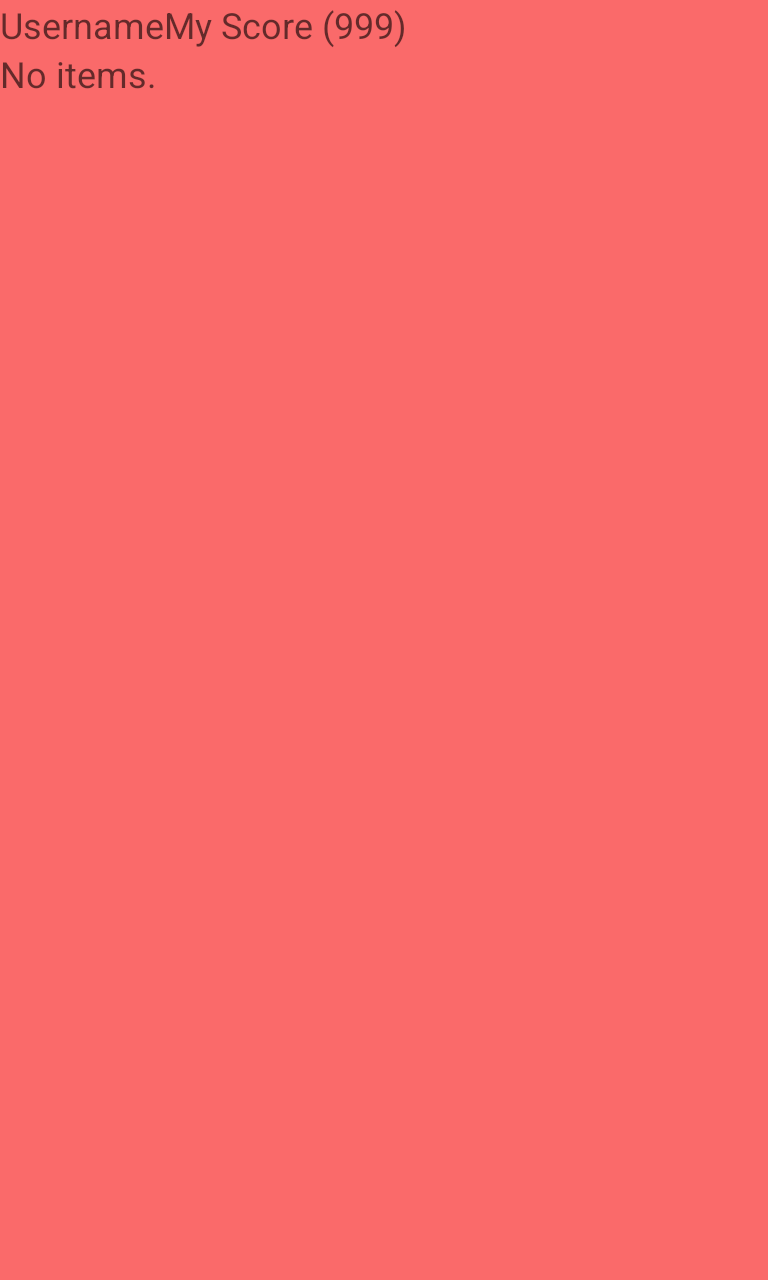
Repository: quantumlicht/android-capstone
Layout: capstone_client/res/layout/fragment_created_quiz.xml
The author's editor kept a copy of each file at every save. The layout is drawn from the files as they stood at one save, then again after the next save.
It is drawn on a 768 x 1280 px phone screen (xhdpi) without system bars, with theme AppTheme; the app's code is not run. Lists and similar views that code fills are empty. The app's manifest (not shown) leaves right-to-left support off. So textAlignment, textDirection and layoutDirection are ignored, and left and right values win over start and end ones.

Above is the layout before, as saved 2014-11-13 02:04:12.

### capstone_client/res/layout/fragment_created_quiz.xml
<?xml version="1.0" encoding="utf-8"?>
<LinearLayout xmlns:android="http://schemas.android.com/apk/res/android"
    android:layout_width="match_parent"
    android:layout_height="match_parent"
    android:background="#fa6a6a"
    android:orientation="vertical" >

    <LinearLayout
        android:layout_width="match_parent"
        android:layout_height="wrap_content" >

        <TextView
            android:id="@+id/username"
            android:layout_width="wrap_content"
            android:layout_height="wrap_content"
            android:text="Username"
            android:textAppearance="?android:attr/textAppearanceMedium" />

        <TextView
            android:id="@+id/textView2"
            android:layout_width="156dp"
            android:layout_height="wrap_content"
            android:gravity="fill_horizontal|right"
            android:text="My Score (999)"
            android:textAlignment="gravity"
            android:textAppearance="?android:attr/textAppearanceMedium" />

    </LinearLayout>

    <FrameLayout
        android:layout_width="match_parent"
        android:layout_height="0dip"
        android:layout_weight="1" >

        <!--
             Here is the list. Since we are using a ListActivity, we
             have to call it "@android:id/list" so ListActivity will
             find it
        -->

        <ListView
            android:id="@+id/android:list"
            android:layout_width="match_parent"
            android:layout_height="match_parent"
            android:drawSelectorOnTop="false" />

        <!-- Here is the view to show if the list is emtpy -->

        <TextView
            android:id="@android:id/empty"
            android:layout_width="match_parent"
            android:layout_height="match_parent"
            android:text="No items."
            android:textAppearance="?android:attr/textAppearanceMedium" />
    </FrameLayout>

</LinearLayout>

### capstone_client/res/values/styles.xml
<resources>

    <!--
        Base application theme, dependent on API level. This theme is replaced
        by AppBaseTheme from res/values-vXX/styles.xml on newer devices.
    -->
    <style name="AppBaseTheme" parent="Theme.AppCompat.Light">
        <!--
            Theme customizations available in newer API levels can go in
            res/values-vXX/styles.xml, while customizations related to
            backward-compatibility can go here.
        -->
    </style>

    <!-- Application theme. -->
    <style name="AppTheme" parent="AppBaseTheme">
        <!-- All customizations that are NOT specific to a particular API-level can go here. -->
    </style>

    <declare-styleable name="FragmentArguments">
    	<attr name="android:label" />
	</declare-styleable>

</resources>

Loaded but not shown: capstone_client/res/values-v11/styles.xml (common file); capstone_client/res/values-v14/styles.xml (common file)

After the next save:
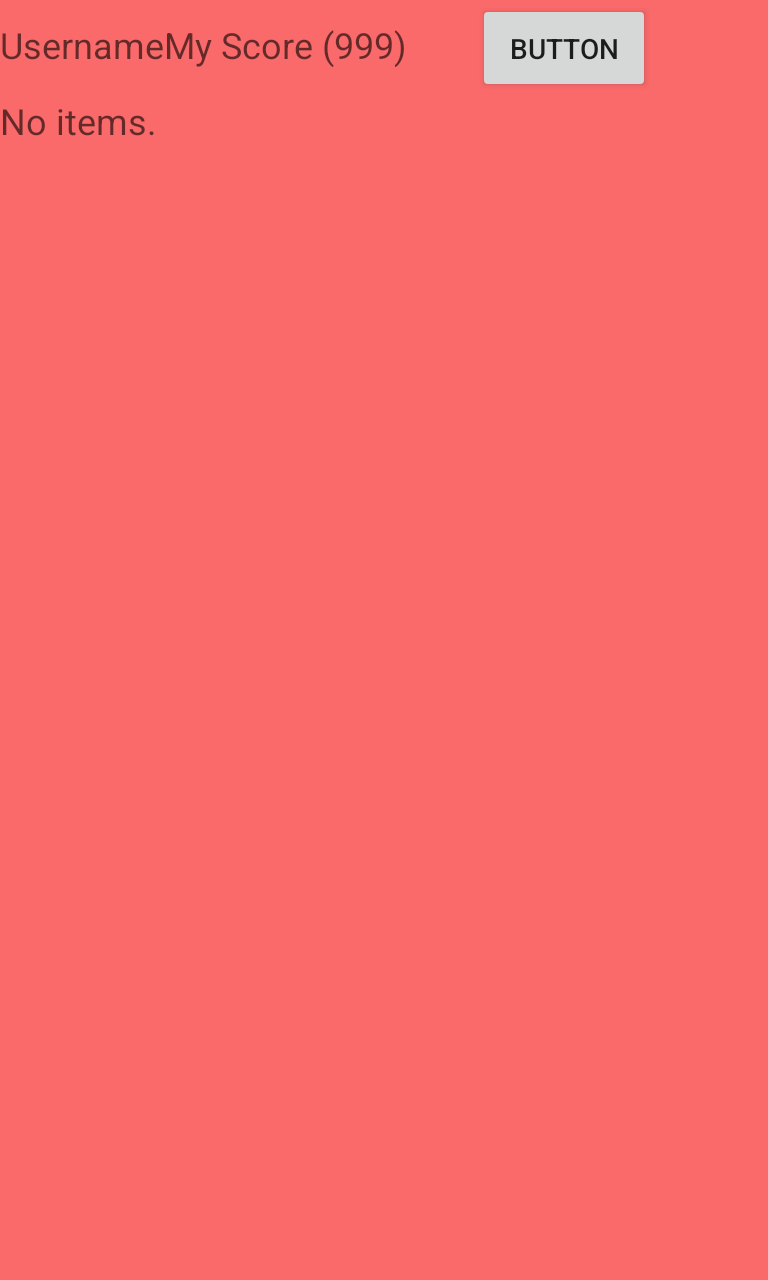
Saved 2 min 15 s later.
--- a/capstone_client/res/layout/fragment_created_quiz.xml
+++ b/capstone_client/res/layout/fragment_created_quiz.xml
@@ -25,12 +25,16 @@
             android:textAlignment="gravity"
             android:textAppearance="?android:attr/textAppearanceMedium" />
 
+              <Button
+            android:id="@+id/button1"
+            android:layout_width="wrap_content"
+            android:layout_height="wrap_content"
+            android:text="Button" />
     </LinearLayout>
 
     <FrameLayout
         android:layout_width="match_parent"
-        android:layout_height="0dip"
-        android:layout_weight="1" >
+        android:layout_height="299dp" >
 
         <!--
              Here is the list. Since we are using a ListActivity, we
@@ -46,12 +50,15 @@
 
         <!-- Here is the view to show if the list is emtpy -->
 
+
+
         <TextView
             android:id="@android:id/empty"
             android:layout_width="match_parent"
             android:layout_height="match_parent"
             android:text="No items."
             android:textAppearance="?android:attr/textAppearanceMedium" />
+
     </FrameLayout>
 
 </LinearLayout>
